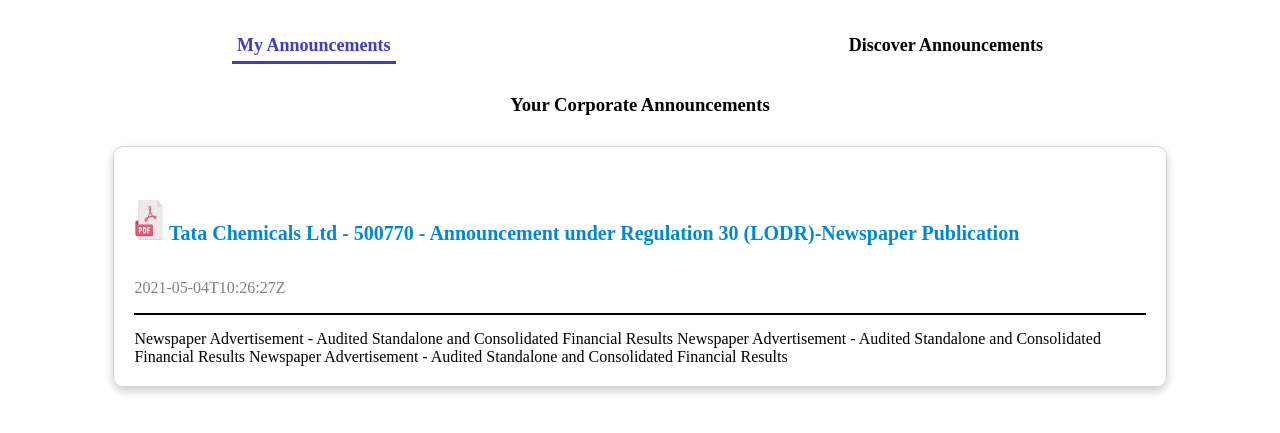
Repository: bhumikagohil/announcements
Page: announcements_tabs/index.html
The author's editor kept a copy of each file at every save. The page is drawn from the files as they stood at one save, then again after the next save.
The browser window is 1280 px wide. The pictures show the whole page.
The page's requests for data from a server got no answer.

Above is the page before, as saved 2021-05-13 14:05:29.

After the next save:
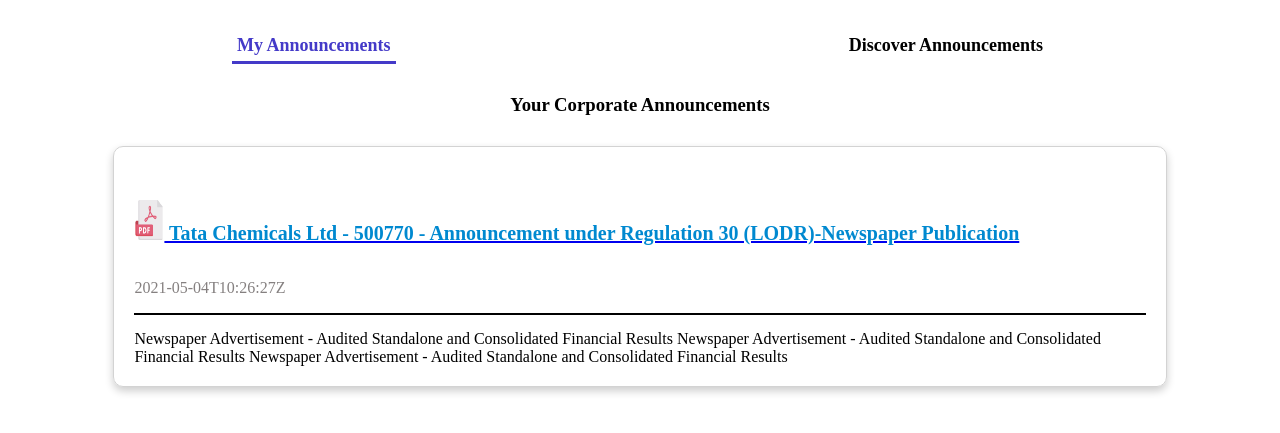
Saved 70 s later.
--- a/announcements_tabs/index.html
+++ b/announcements_tabs/index.html
@@ -35,13 +35,13 @@
                     margin: auto;
                     margin-bottom: 10px;">
 
-
-                       <h5 class="title" style="    font-size: 1.25rem;
-                        ">
+<a href="https://www.bseindia.com/xml-data/corpfiling/AttachLive/5c736c63-80a0-444f-b9a3-3539fa573147.pdf">
+                       <h5 class="title" style="    font-size: 1.25rem; ">
                                                <img src="pdf.png" alt="Link" width="30" height="40">
 
                             Tata Chemicals Ltd - 500770 - Announcement under Regulation 30 (LODR)-Newspaper Publication
                         </h5>
+                    </a>
                         <p class="time">
                             2021-05-04T10:26:27Z
                         </p>

After the save that followed:
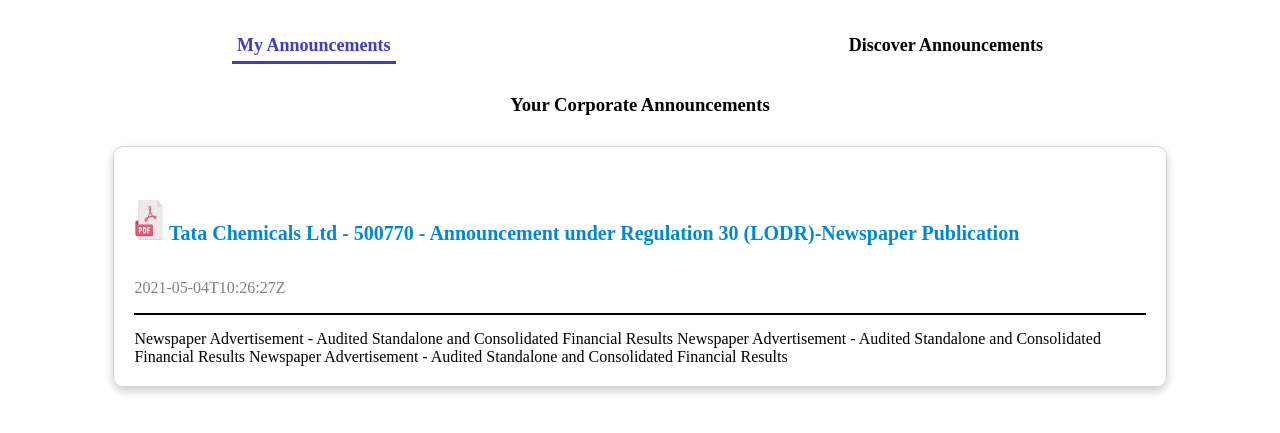
Saved 27 s later.
--- a/announcements_tabs/index.html
+++ b/announcements_tabs/index.html
@@ -35,7 +35,7 @@
                     margin: auto;
                     margin-bottom: 10px;">
 
-<a href="https://www.bseindia.com/xml-data/corpfiling/AttachLive/5c736c63-80a0-444f-b9a3-3539fa573147.pdf">
+<a href="https://www.bseindia.com/xml-data/corpfiling/AttachLive/5c736c63-80a0-444f-b9a3-3539fa573147.pdf" style="text-decoration: none;">
                        <h5 class="title" style="    font-size: 1.25rem; ">
                                                <img src="pdf.png" alt="Link" width="30" height="40">
 
